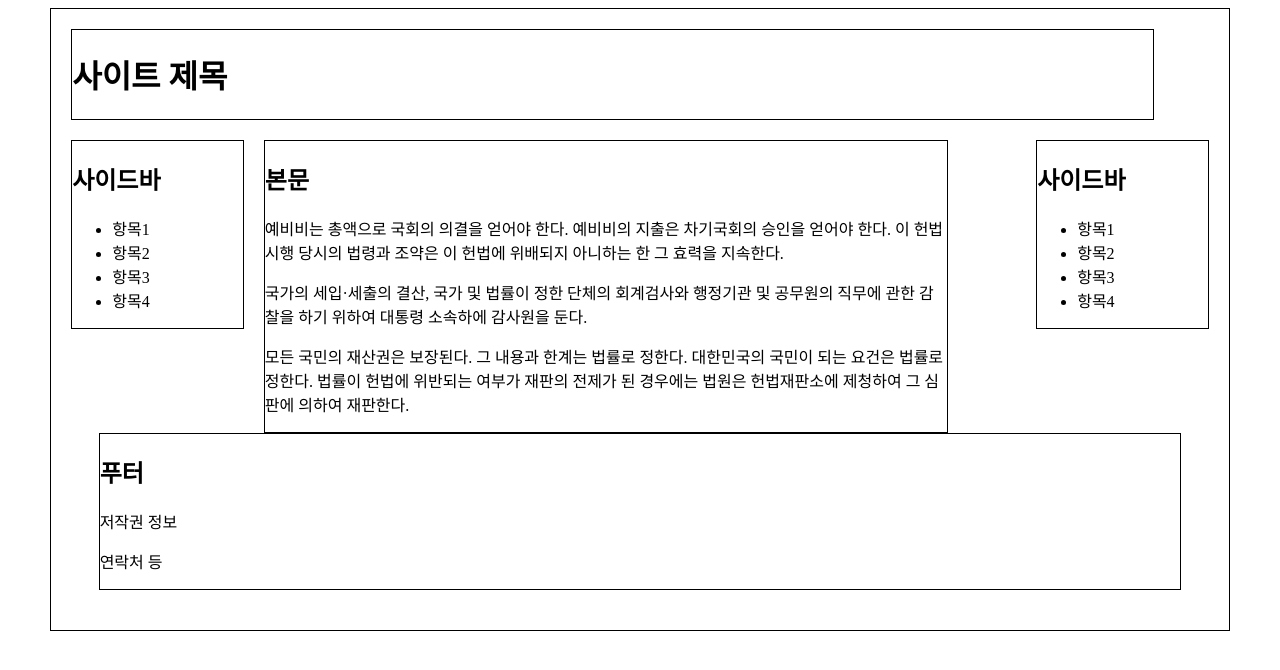
Repository: RyuJelly/java_web
Page: CSS/WebContent/3-layout.html
An editor plug-in stored every save of this project. The page is shown before and after the next save, followed by the edit.
The browser window is 1280 px wide. The pictures show the whole page.

Above is the page before, as saved 2021-03-08 07:34:08.

### CSS/WebContent/3-layout.html
<!doctype html>
<html lang="ko">
	<head>
		<title>CSS 레이아웃 - 2단 레이아웃</title>
		<meta charset="utf-8">
		<style>
			#container{
				width: 90%;
				height: 70%;
				border: 1px solid;
				margin: 0px auto;
				padding: 20px;
			}

			#header{
				width: 95%;
				height: 25%;
				border: 1px solid;
				margin-bottom: 20px;
			}

			#left-sidebar{
				width: 15%;
				height: 30%;
				border: 1px solid;
				float: left;
			}

			#contents{
				width: 60%;
				height: 50%;
				border: 1px solid;
				float: left;
				margin-left: 20px;
			}

			#right-sidebar{
				width: 15%;
				height: 30%;
				border: 1px solid;
				float: right;
			}


			#footer{
				width: 95%;
				height: 25%;
				border: 1px solid;
				margin: 20px auto;
				margin-top 20px;
				clear: both;
			}

		</style>
	</head>
	<body>
		<div id="container">
			<div id="header">
				<h1>사이트 제목</h1>
			</div>
			<div id="left-sidebar">
				<h2>사이드바</h2>
				<ul>
					<li>항목1</li>
					<li>항목2</li>
					<li>항목3</li>
					<li>항목4</li>
				</ul>
			</div>
			<div id="contents">
				<h2>본문</h2>
				<p>예비비는 총액으로 국회의 의결을 얻어야 한다. 예비비의 지출은 차기국회의 승인을 얻어야 한다. 이 헌법시행 당시의 법령과 조약은 이 헌법에 위배되지 아니하는 한 그 효력을 지속한다.</p>

				<p>국가의 세입·세출의 결산, 국가 및 법률이 정한 단체의 회계검사와 행정기관 및 공무원의 직무에 관한 감찰을 하기 위하여 대통령 소속하에 감사원을 둔다.</p>

				<p>모든 국민의 재산권은 보장된다. 그 내용과 한계는 법률로 정한다. 대한민국의 국민이 되는 요건은 법률로 정한다. 법률이 헌법에 위반되는 여부가 재판의 전제가 된 경우에는 법원은 헌법재판소에 제청하여 그 심판에 의하여 재판한다.</p>
			</div>
			<div id="right-sidebar">
				<h2>사이드바</h2>
				<ul>
					<li>항목1</li>
					<li>항목2</li>
					<li>항목3</li>
					<li>항목4</li>
				</ul>
			</div>
			<div id="footer">
				<h2>푸터</h2>
				<p> 저작권 정보 </p>
				<p> 연락처 등 </p>
			</div>
		</div>
	</body>
</html>

After the next save:
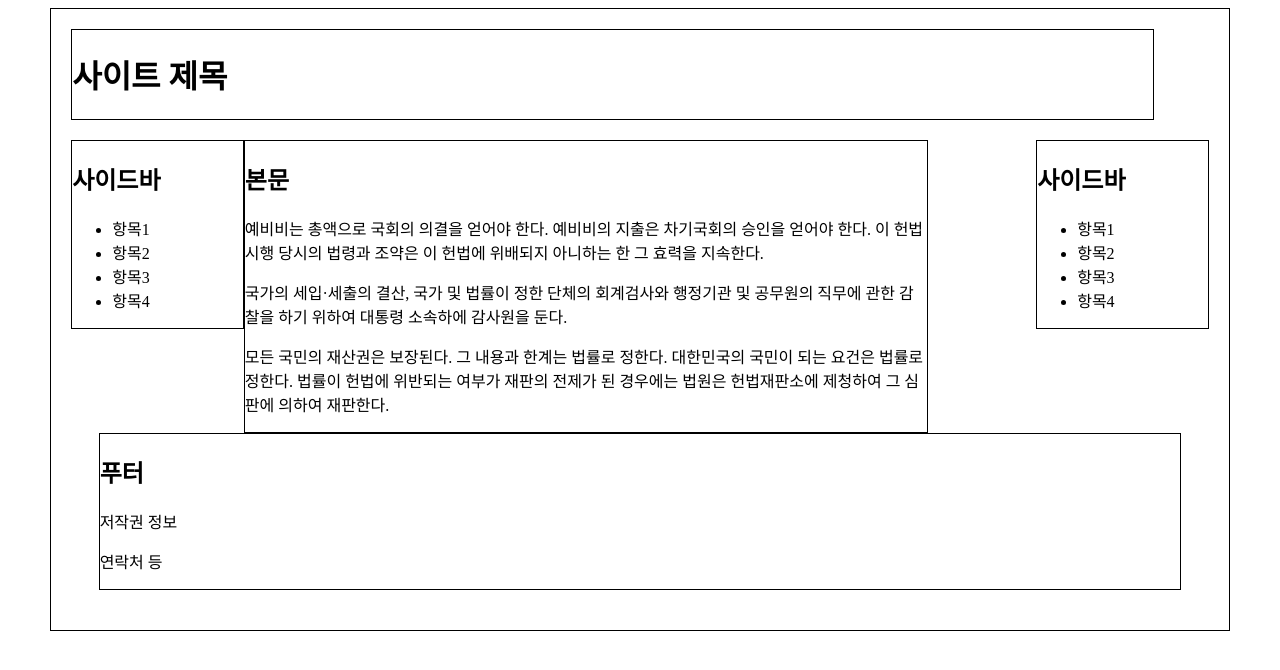
Saved 80 s later.
--- a/CSS/WebContent/3-layout.html
+++ b/CSS/WebContent/3-layout.html
@@ -24,6 +24,7 @@
 				height: 30%;
 				border: 1px solid;
 				float: left;
+				margin: auto;
 			}
 
 			#contents{
@@ -31,7 +32,7 @@
 				height: 50%;
 				border: 1px solid;
 				float: left;
-				margin-left: 20px;
+				margin: auto;
 			}
 
 			#right-sidebar{
@@ -39,6 +40,7 @@
 				height: 30%;
 				border: 1px solid;
 				float: right;
+				margin: auto;
 			}
 
 
